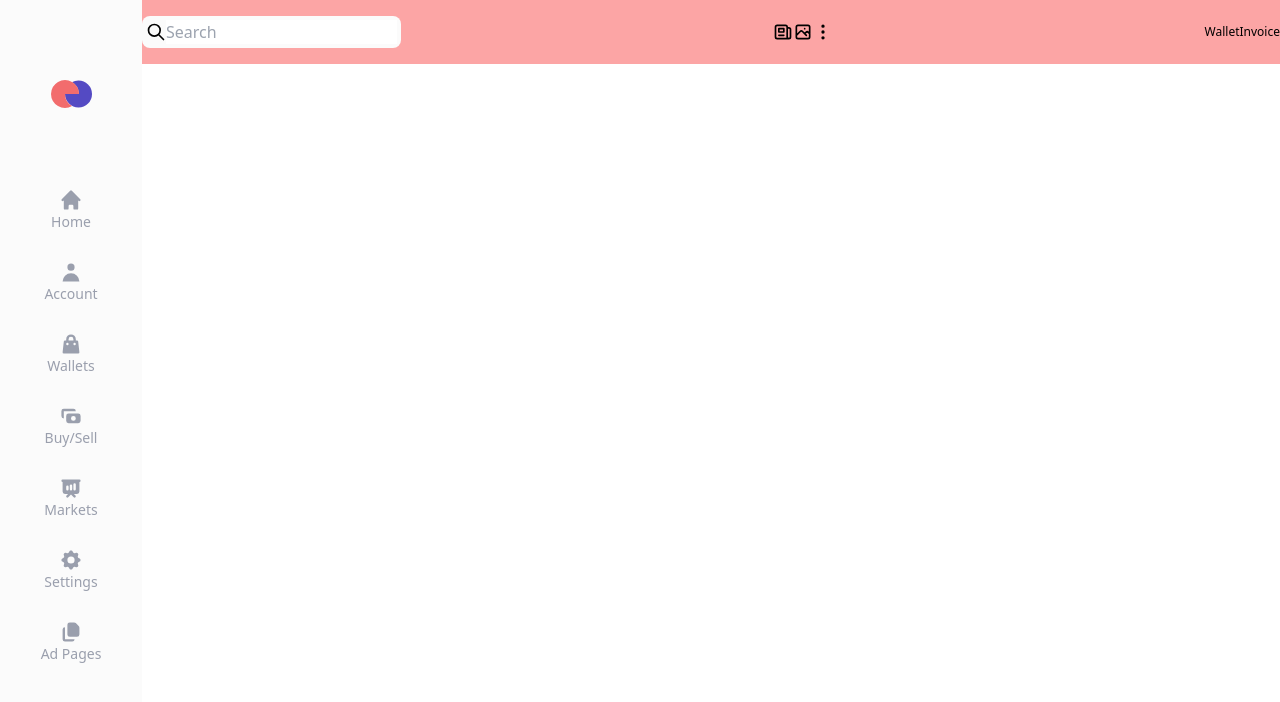
Repository: almaqdad55/crypto-app-nextjs
Page: /
The author's editor kept a copy of each file at every save. The page is drawn from the files as they stood at one save, then again after the next save.
The browser window is 1280 px wide. The pictures show the whole page.
The project was rebuilt for these pictures with package versions that can differ from the ones it lists, and the page was loaded fresh each time. The framework's server and built-in components were replaced by stand-ins that run in the browser.

Above is the page before, as saved 2022-01-04 20:05:37.

After the next save:
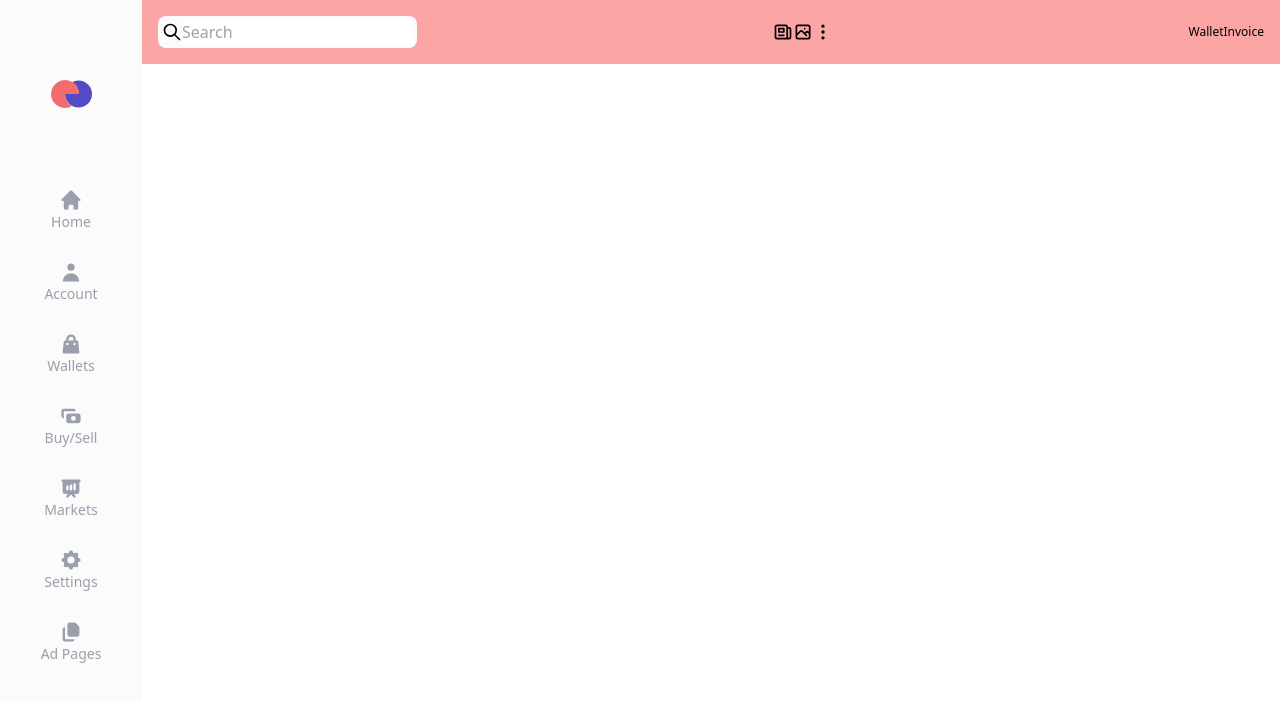
Saved 7 s later.
--- a/components/Feed.jsx
+++ b/components/Feed.jsx
@@ -9,7 +9,7 @@ import {
 const Feed = () => {
   return (
     <div className=" flex-grow  ">
-      <div className="flex items-center bg-red-300 justify-between py-4">
+      <div className="flex items-center bg-red-300 justify-between py-4 px-4">
         <div className="flex items-center bg-[#fbfbfb] rounded-lg p-1">
           <SearchIcon className="h-5" />
           <input type="text" placeholder={`Search`} className="outline-none" />
